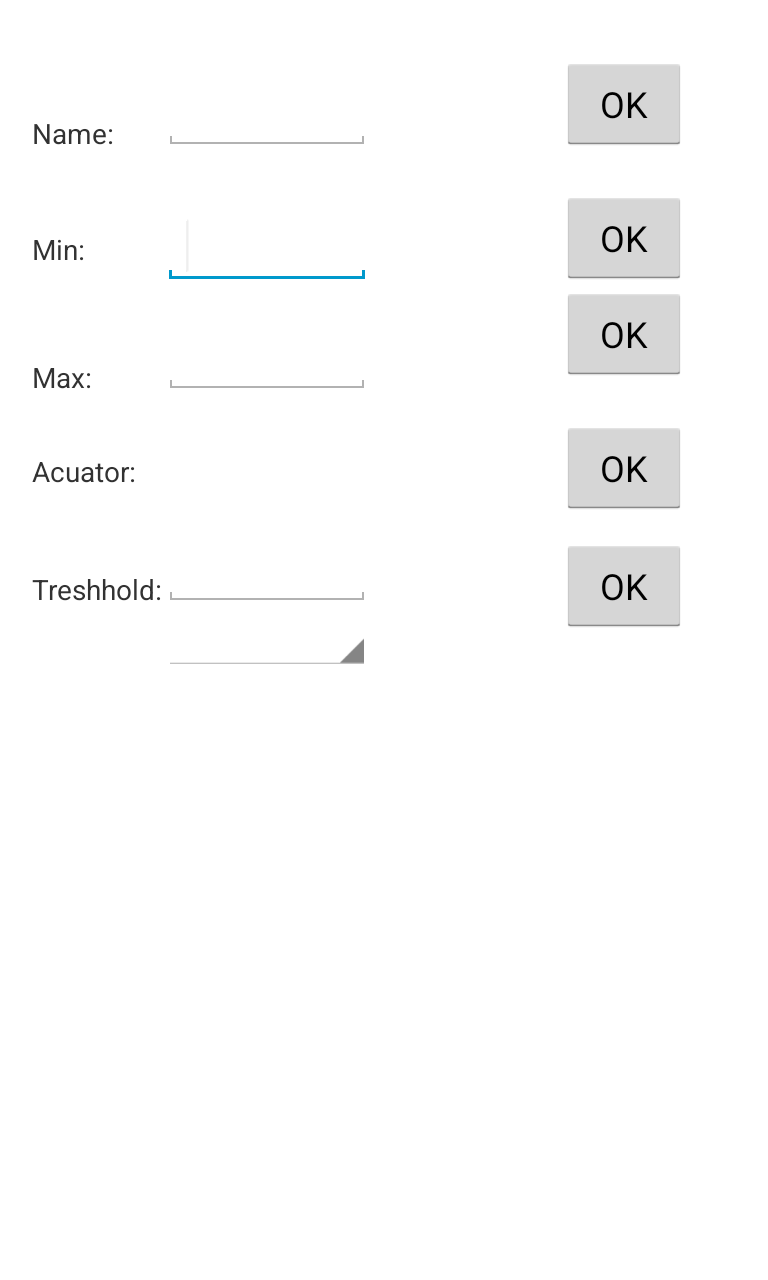
Repository: CTIS-SP-Team5/greenAgent
Layout: Android/GreenAgent/GreenAgent/res/layout/activity_view_setting.xml
An editor plug-in stored every save of this project. The layout is shown before and after the next save, followed by the edit.
It is drawn on a 768 x 1280 px phone screen (xhdpi) without system bars, with theme AppTheme; the app's code is not run.

Above is the layout before, as saved 2014-05-05 18:04:13.

### Android/GreenAgent/GreenAgent/res/layout/activity_view_setting.xml
<RelativeLayout xmlns:android="http://schemas.android.com/apk/res/android"
    xmlns:tools="http://schemas.android.com/tools"
    android:layout_width="match_parent"
    android:layout_height="match_parent"
    android:paddingBottom="@dimen/activity_vertical_margin"
    android:paddingLeft="@dimen/activity_horizontal_margin"
    android:paddingRight="@dimen/activity_horizontal_margin"
    android:paddingTop="@dimen/activity_vertical_margin"
    tools:context=".ViewSettingActivity" >

    <TextView
        android:id="@+id/textView5"
        android:layout_width="wrap_content"
        android:layout_height="wrap_content"
        android:layout_alignLeft="@+id/textView4"
        android:layout_below="@+id/textView4"
        android:layout_marginTop="40dp"
        android:text="Treshhold:" />

    <TextView
        android:id="@+id/textView4"
        android:layout_width="wrap_content"
        android:layout_height="wrap_content"
        android:layout_alignLeft="@+id/textView3"
        android:layout_below="@+id/editText3"
        android:layout_marginTop="28dp"
        android:text="Acuator:" />

    <TextView
        android:id="@+id/textView3"
        android:layout_width="wrap_content"
        android:layout_height="wrap_content"
        android:layout_alignLeft="@+id/textView1"
        android:layout_below="@+id/editText2"
        android:layout_marginTop="36dp"
        android:text="Max:" />

    <TextView
        android:id="@+id/textView1"
        android:layout_width="wrap_content"
        android:layout_height="wrap_content"
        android:layout_alignLeft="@+id/textView2"
        android:layout_below="@+id/textView2"
        android:layout_marginTop="39dp"
        android:text="Min:" />

    <TextView
        android:id="@+id/textView2"
        android:layout_width="wrap_content"
        android:layout_height="wrap_content"
        android:layout_alignParentTop="true"
        android:layout_marginTop="41dp"
        android:text="Name:" />

    <EditText
        android:id="@+id/editText1"
        android:layout_width="wrap_content"
        android:layout_height="wrap_content"
        android:layout_alignBottom="@+id/textView2"
        android:layout_toRightOf="@+id/textView5"
        android:ems="5" />

    <EditText
        android:id="@+id/editText2"
        android:layout_width="wrap_content"
        android:layout_height="wrap_content"
        android:layout_alignBaseline="@+id/textView1"
        android:layout_alignBottom="@+id/textView1"
        android:layout_alignLeft="@+id/editText1"
        android:ems="5" >

        <requestFocus />
    </EditText>

    <EditText
        android:id="@+id/editText3"
        android:layout_width="wrap_content"
        android:layout_height="wrap_content"
        android:layout_alignBottom="@+id/textView3"
        android:layout_alignLeft="@+id/editText2"
        android:ems="5" />

    <EditText
        android:id="@+id/editText5"
        android:layout_width="wrap_content"
        android:layout_height="wrap_content"
        android:layout_alignBottom="@+id/textView5"
        android:layout_toRightOf="@+id/textView5"
        android:ems="5" />

    <Spinner
        android:id="@+id/spinner1"
        android:layout_width="wrap_content"
        android:layout_height="wrap_content"
        android:layout_alignLeft="@+id/editText5"
        android:layout_alignRight="@+id/editText5"
        android:layout_centerVertical="true" />

    <Button
        android:id="@+id/button3"
        android:layout_width="wrap_content"
        android:layout_height="wrap_content"
        android:layout_alignRight="@+id/button2"
        android:layout_below="@+id/button2"
        android:text="OK" />

    <Button
        android:id="@+id/button2"
        android:layout_width="wrap_content"
        android:layout_height="wrap_content"
        android:layout_alignBottom="@+id/editText2"
        android:layout_alignLeft="@+id/button1"
        android:text="OK" />

    <Button
        android:id="@+id/button1"
        android:layout_width="wrap_content"
        android:layout_height="wrap_content"
        android:layout_alignBottom="@+id/editText1"
        android:layout_alignParentRight="true"
        android:layout_marginRight="24dp"
        android:text="OK" />

    <Button
        android:id="@+id/button4"
        android:layout_width="wrap_content"
        android:layout_height="wrap_content"
        android:layout_alignBaseline="@+id/textView4"
        android:layout_alignBottom="@+id/textView4"
        android:layout_alignLeft="@+id/button3"
        android:text="OK" />

    <Button
        android:id="@+id/button5"
        android:layout_width="wrap_content"
        android:layout_height="wrap_content"
        android:layout_alignBaseline="@+id/textView5"
        android:layout_alignBottom="@+id/textView5"
        android:layout_alignLeft="@+id/button4"
        android:text="OK" />

</RelativeLayout>

Loaded but not shown: Android/GreenAgent/GreenAgent/res/values/styles.xml (common file); Android/GreenAgent/GreenAgent/res/values-v11/styles.xml (common file); Android/GreenAgent/GreenAgent/res/values-v14/styles.xml (common file); Android/GreenAgent/GreenAgent/res/values/dimens.xml (common file)

After the next save:
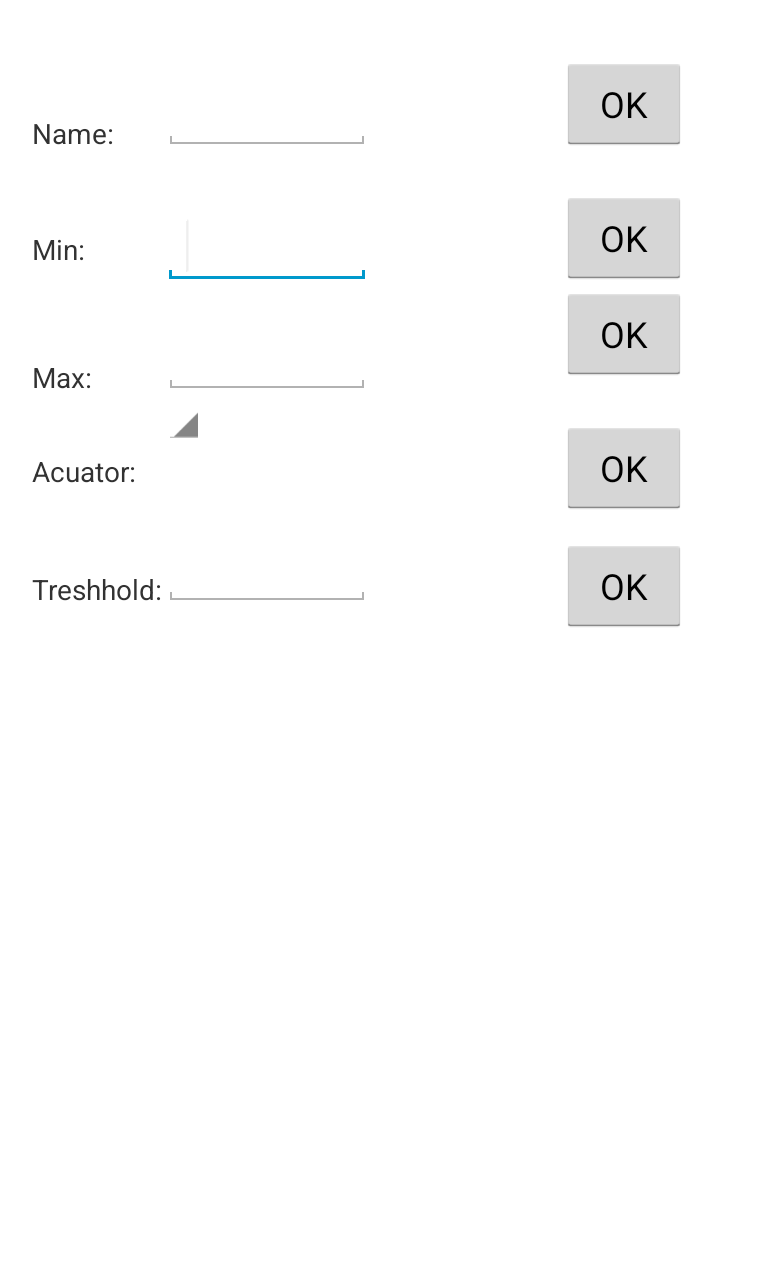
Saved 59 s later.
--- a/Android/GreenAgent/GreenAgent/res/layout/activity_view_setting.xml
+++ b/Android/GreenAgent/GreenAgent/res/layout/activity_view_setting.xml
@@ -88,14 +88,6 @@
         android:layout_toRightOf="@+id/textView5"
         android:ems="5" />
 
-    <Spinner
-        android:id="@+id/spinner1"
-        android:layout_width="wrap_content"
-        android:layout_height="wrap_content"
-        android:layout_alignLeft="@+id/editText5"
-        android:layout_alignRight="@+id/editText5"
-        android:layout_centerVertical="true" />
-
     <Button
         android:id="@+id/button3"
         android:layout_width="wrap_content"
@@ -139,4 +131,11 @@
         android:layout_alignLeft="@+id/button4"
         android:text="OK" />
 
+    <Spinner
+        android:id="@+id/spinner1"
+        android:layout_width="wrap_content"
+        android:layout_height="wrap_content"
+        android:layout_below="@+id/button3"
+        android:layout_toRightOf="@+id/textView5" />
+
 </RelativeLayout>
